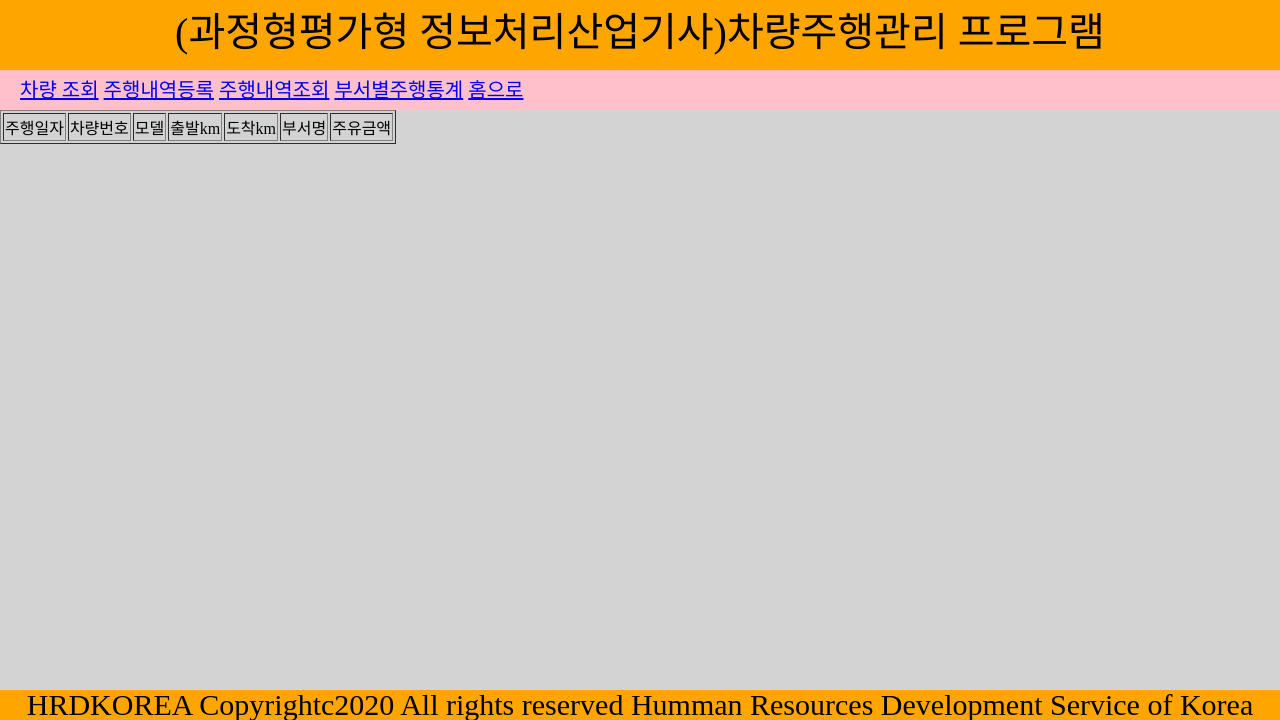
Repository: jeajune0221/information
Page: http://localhost/HRD_2411/drivelist.jsp
The author's editor kept a copy of each file at every save. The page is drawn from the files as they stood at one save, then again after the next save.
The browser window is 1280 px wide. The pictures show the whole page.
The page is served by Tomcat 9. Queries for data that is not in the repository find no rows.

Above is the page before, as saved 2026-04-13 08:21:26.

After the next save:
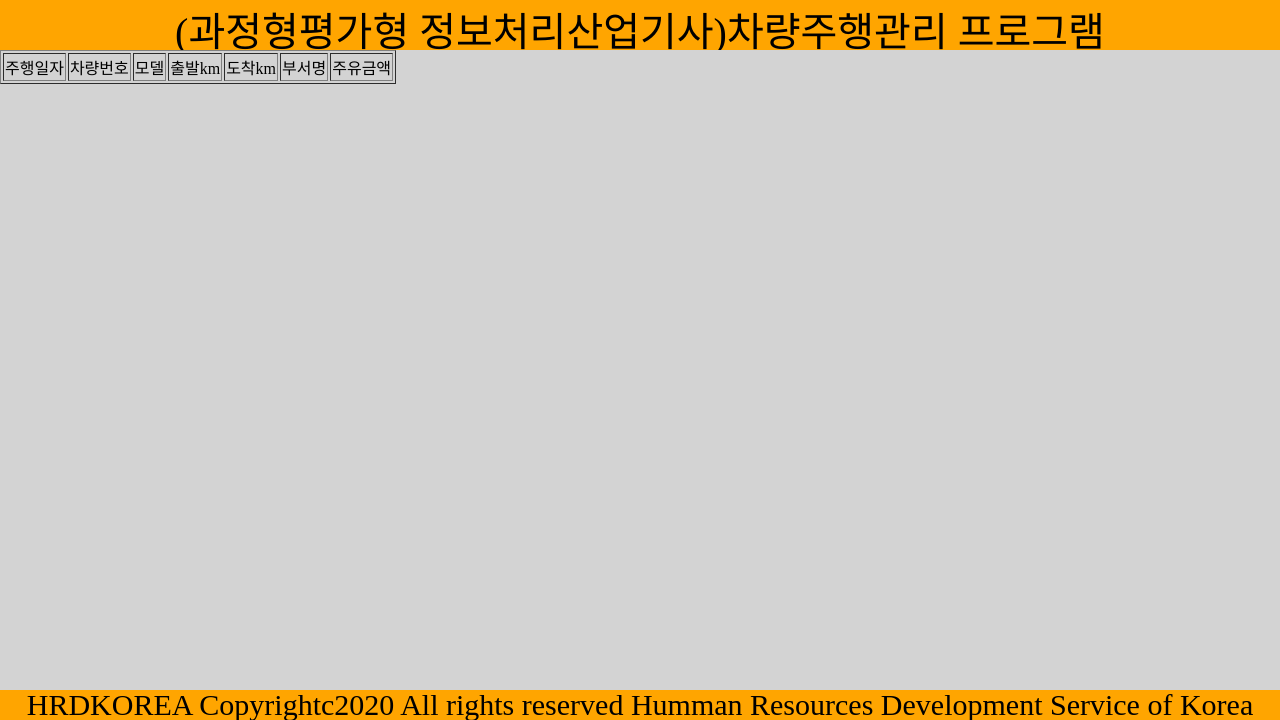
Saved 18 s later.
--- a/HRD_2411/src/main/webapp/style.css
+++ b/HRD_2411/src/main/webapp/style.css
@@ -23,7 +23,7 @@
 }
 section{
 	position : fixed;
-	top : 110px;
+	top : 50px;
 	left : 0px;
 	width : 100%;
 	height : 100%;
